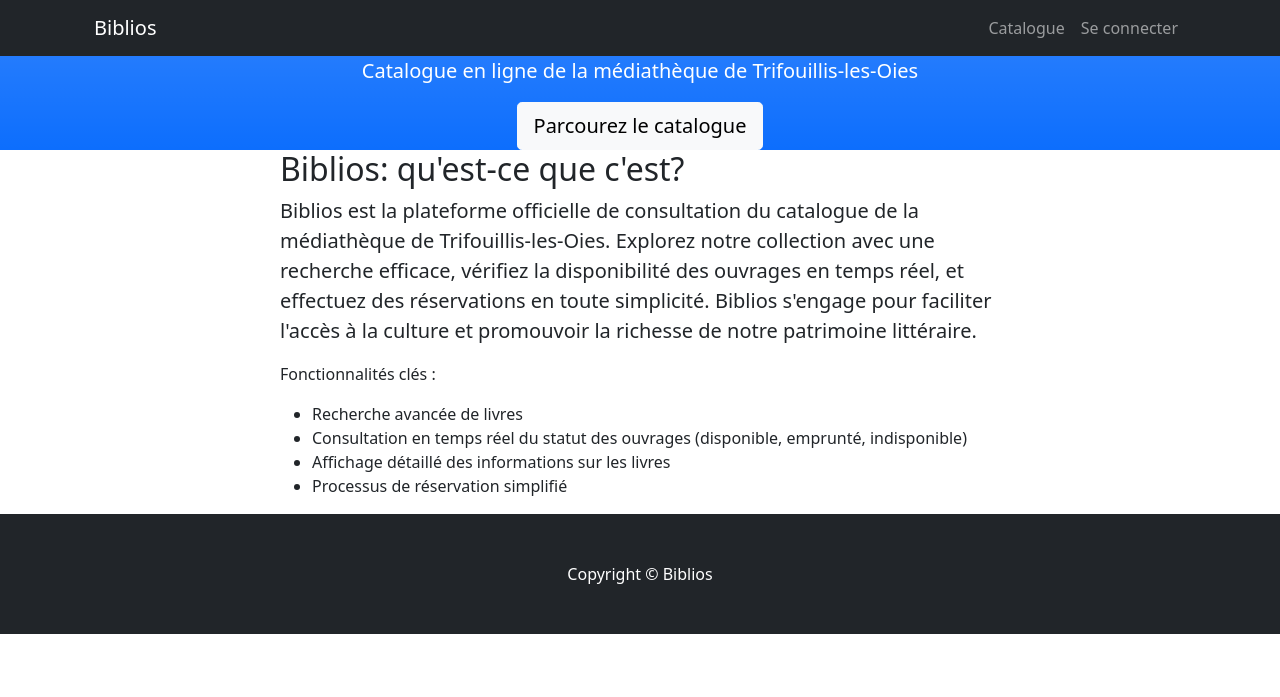
Repository: Dydja/Biblios
Page: templates/main/index.html.twig
An editor plug-in stored every save of this project. The page is shown before and after the next save, followed by the edit.
The browser window is 1280 px wide. The pictures show the whole page.
The page is a Twig template of a Symfony application; nobody is signed in and links lead nowhere. The template is opened directly, without the code that normally fills it, so the values that code supplies are empty.

Above is the page before, as saved 2024-08-04 00:32:32.

After the next save:
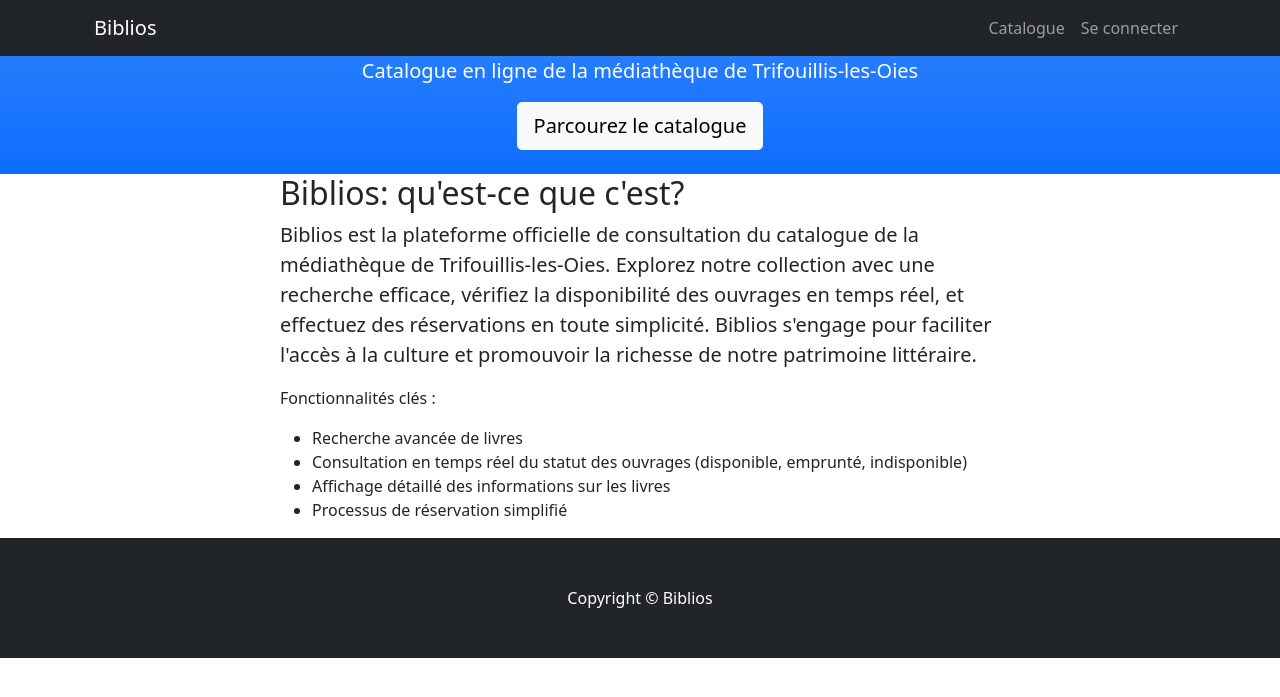
Saved 6 min 34 s later.
--- a/templates/main/index.html.twig
+++ b/templates/main/index.html.twig
@@ -9,7 +9,7 @@
         <div class="container px-4 text-center">
             <h1 class="fw-bolder">Biblios</h1>
             <p class="lead">Catalogue en ligne de la médiathèque de Trifouillis-les-Oies</p>
-            <a class="btn btn-lg btn-light" href="#">Parcourez le catalogue</a>
+            <a class="btn btn-lg btn-light mb-4" href="#">Parcourez le catalogue</a>
         </div>
     </header>
     <!-- About section-->
